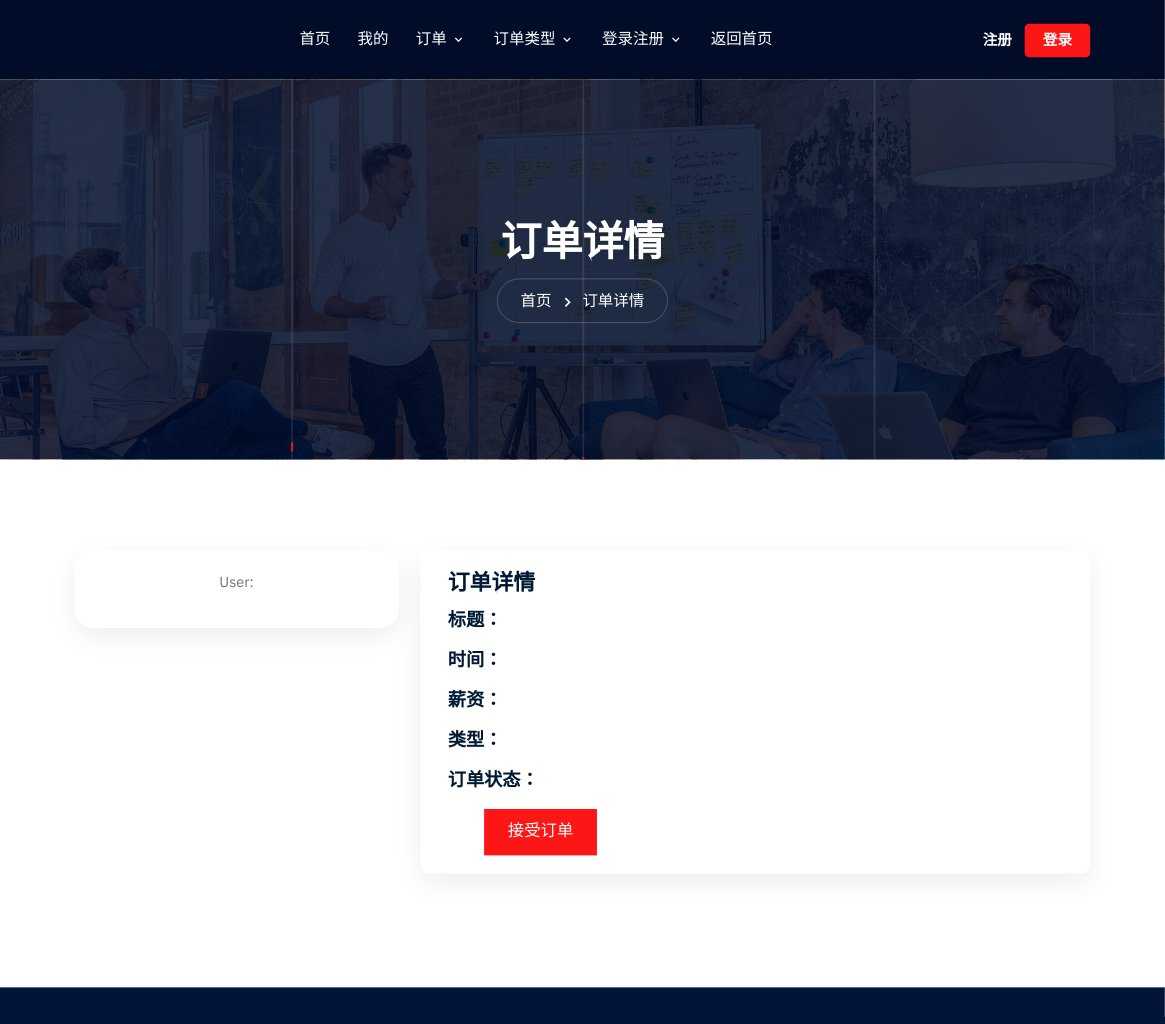
Repository: Aliceonly/Co-DecentralizedApplication
Page: html/detail-order.html
These files come from the project's save history. The page is drawn as it stood at one moment and after the next save; the edit follows.
The browser window is 1280 px wide. The pictures show the whole page, at 91% of full size.

Above is the page before, as saved 2022-05-09 09:52:43.
Console error: TypeError: Cannot set properties of null (setting 'innerHTML')

After the next save:
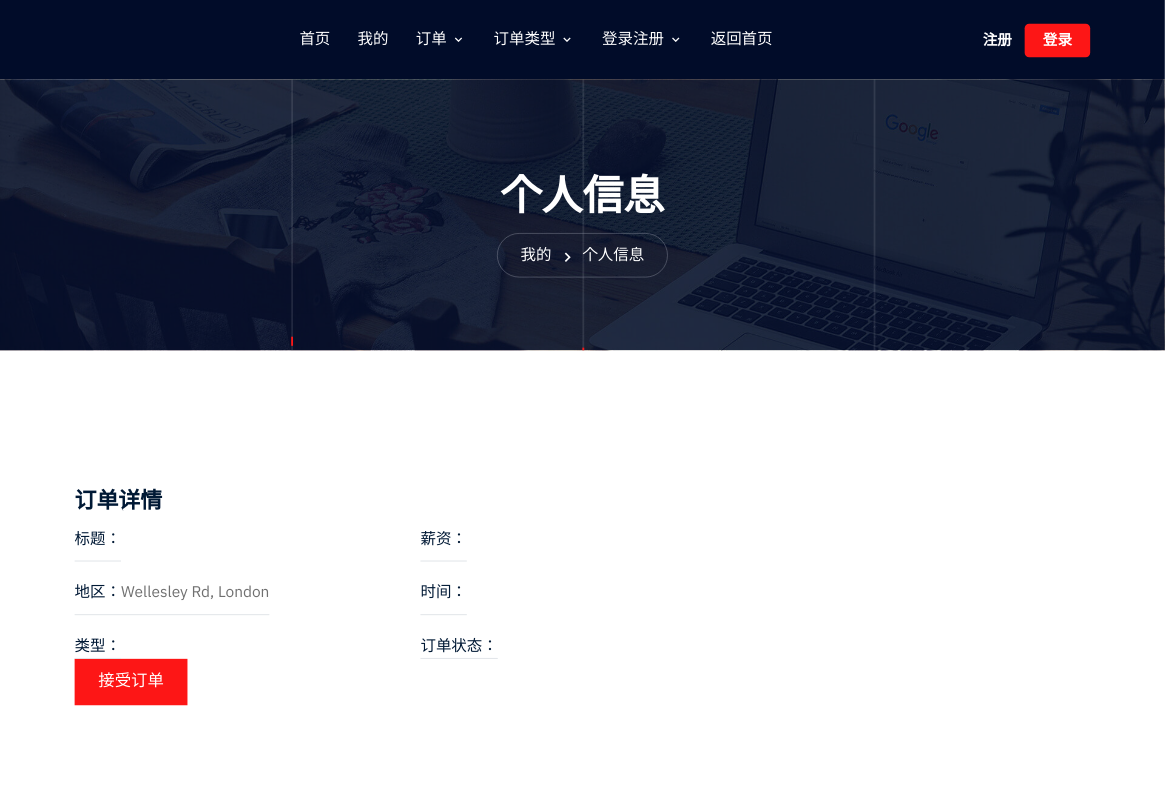
Saved 12 min 28 s later.
--- a/html/detail-order.html
+++ b/html/detail-order.html
@@ -79,7 +79,7 @@
                 <a href="/" class="nav-link">首页</a>
             </li>
             <li class="nav-item">
-                <a href="personal_detail" class="nav-link">我的</a>
+                <a href="account" class="nav-link">我的</a>
             </li>
 
 
@@ -147,8 +147,27 @@
             </div>
             </div>
 
-
-
+            <section style="padding-bottom: 30px;" class="page-title title-bg12">
+                <div style="position: relative;top: -50px;" class="d-table">
+                    <div class="d-table-cell">
+                        <h2>个人信息</h2>
+                        <ul>
+                            <li>
+                                <a href="/account">我的</a>
+                            </li>
+                            <li>个人信息</li>
+                        </ul>
+                    </div>
+                </div>
+                <div   class="lines">
+                    <div class="line"></div>
+                    <div class="line"></div>
+                    <div class="line"></div>
+                </div>
+            </section>
+
+
+<!--
     <section class="page-title title-bg8">
         <div class="d-table">
             <div class="d-table-cell">
@@ -166,16 +185,16 @@
             <div class="line"></div>
             <div class="line"></div>
         </div>
-    </section>
-
-
-    <section class="candidate-details pt-100 pb-100">
+    </section> -->
+
+
+    <!-- <section class="candidate-details pt-100 pb-100">
         <div class="container">
             <div class="row">
                 <div class="col-lg-4">
                     <div class="candidate-profile">
                         <!-- <p>User:{{.Add}}</p> -->
-                        <p>User:<span style="white-space:pre-wrap" id="Add"></span></p>
+                        <!-- <p>User:<span style="white-space:pre-wrap" id="Add"></span></p>
                         <div class="candidate-social">
                         </div>
                     </div>
@@ -209,17 +228,81 @@
                 </div>
             </div>
         </div>
+    </section> -->
+
+
+
+<section class="job-details ptb-100">
+    <div class="container">
+    <div class="row">
+    <div class="col-lg-8">
+    <div class="row">
+    <div class="col-lg-12">
+    <div class="job-details-text">
+    <div style="position: relative;top: 50px;" class="details-text">
+    <h3>订单详情</h3>
+    <div class="row">
+    <div class="col-md-6">
+    <table class="table">
+    <tbody>
+    <tr>
+    <td><span>标题：</span></td>
+    <td><span id="Taskname"></span></td>
+    </tr>
+    <tr>
+    <td><span>地区：</span></td>
+    <td>Wellesley Rd, London</td>
+    </tr>
+    <tr>
+    <td><span>类型：</span></td>
+    <td><span id="Category"></span></td>
+    </tr>
+    </tbody>
+    </table>
+    </div>
+    <div class="col-md-6">
+    <table class="table">
+    <tbody>
+    <tr>
+    <td><span>薪资：</span></td>
+    <td><span id="Amount"></span></td>
+    </tr>
+    <tr>
+    <td><span>时间：</span></td>
+    <td><span id="LaunchTime"></span></td>
+    </tr>
+    <tr>
+    <td><span>订单状态：</span></td>
+    <td><span id="State"></span></td>
+    </tr>
+
+    </tbody>
+    </table>
+    </div>
+    </div>
+    </div>
+    <div class="theme-btn">
+    <a href="accept_order" class="default-btn">
+    接受订单
+    </a>
+    </div>
+    </div>
+    </div>
+    </div>
+    </div>
+    </div>
+    </div>
     </section>
 
 
-    <div class="copyright-text text-center">
+    <!-- <div class="copyright-text text-center">
         <p><a target="_blank" href="https://sc.chinaz.com/moban/"></a></p>
-    </div>
-
-
-    <div class="top-btn">
+    </div> -->
+
+
+    <!-- <div class="top-btn">
         <i class='bx bx-chevrons-up bx-fade-up'></i>
-    </div>
+    </div> -->
 
 
     <script data-cfasync="false" src="../static/js/email-decode.min.js"></script>
